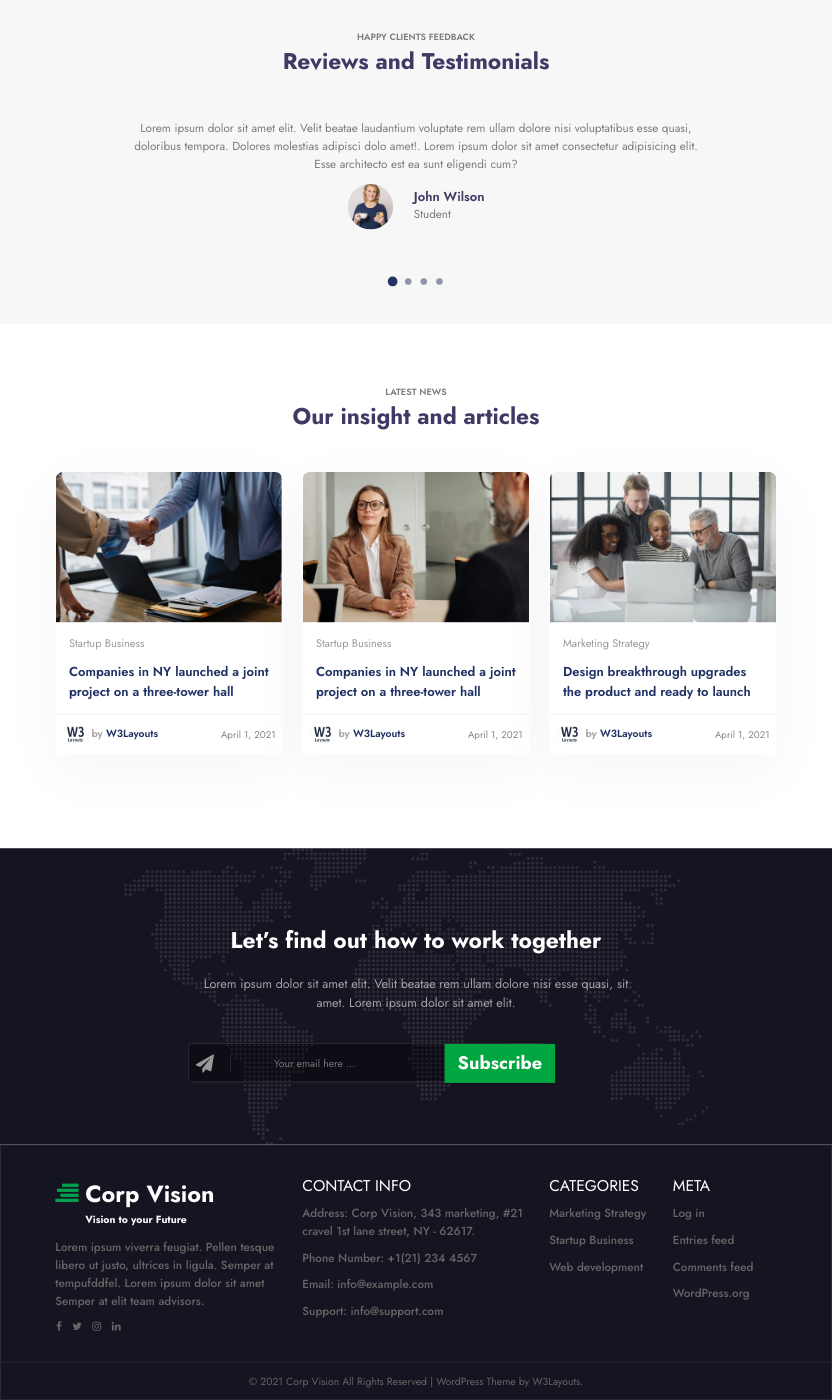
Repository: khaipnp/corpvision
Page: index.html
An editor plug-in stored every save of this project. The page is shown before and after the next save, followed by the edit.
The browser window is 1280 px wide. The pictures show the whole page, at 65% of full size.

Above is the page before, as saved 2021-07-04 17:21:24.

After the next save:
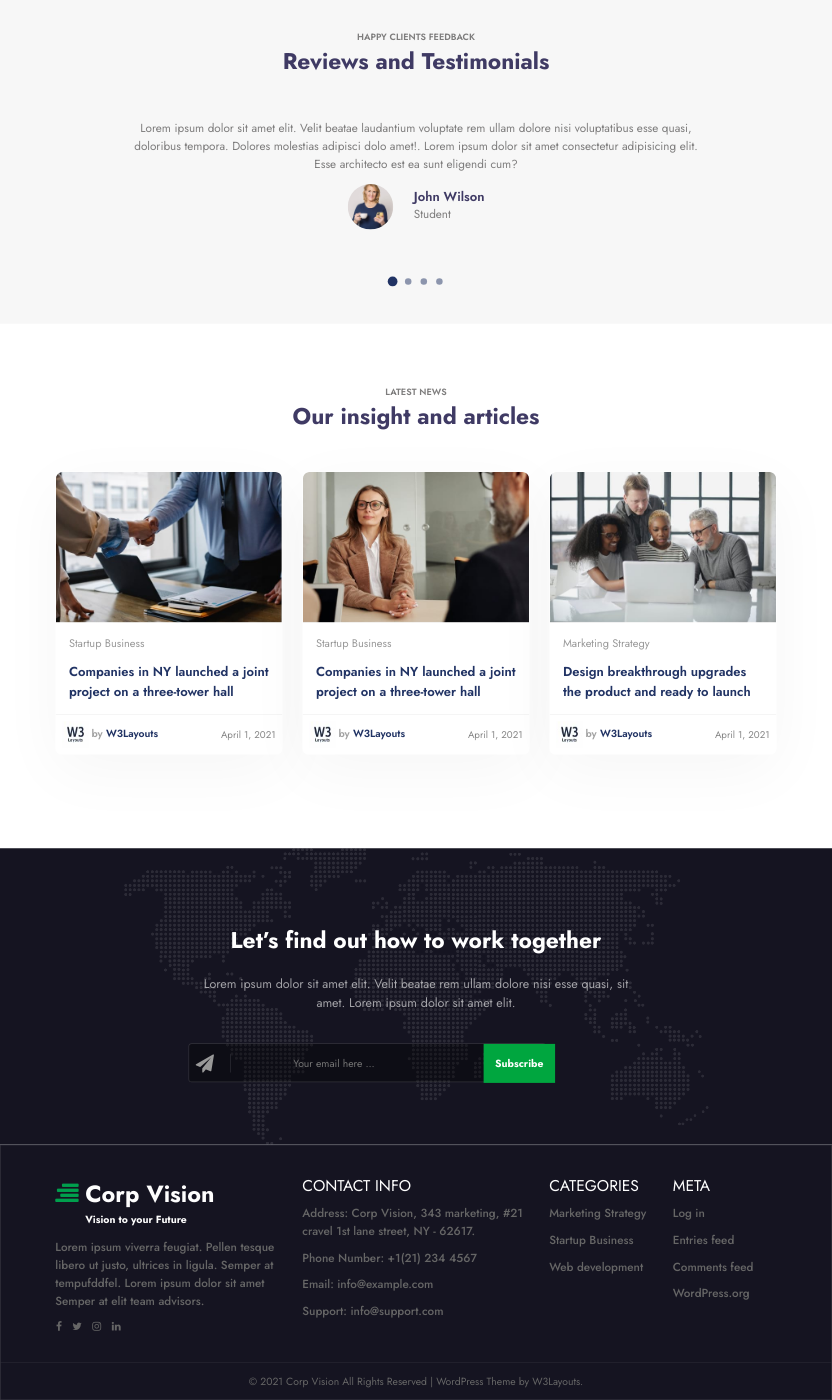
Saved 9 s later.
--- a/css/main.css
+++ b/css/main.css
@@ -210,8 +210,9 @@ body {
 .input__email button {
   background-color: #00a63f;
   color: #fff;x;
-  padding: 0 20px;
+  padding: 0 18px;
   border: none;
+  font-size: 1rem;
   font-weight: 700;
   line-height: 60px;
 }
